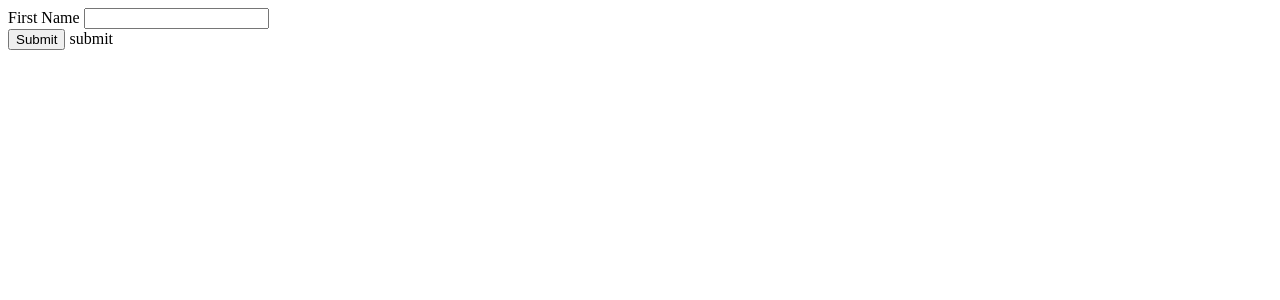
Repository: adiganaveen/Servlets
Page: LoginRegistrationApp/WebContent/index.html
These files come from the project's save history. The page is drawn as it stood at one moment and after the next save; the edit follows.
The browser window is 1280 px wide. The pictures show the whole page.

Above is the page before, as saved 2019-01-22 06:43:18.

After the next save:
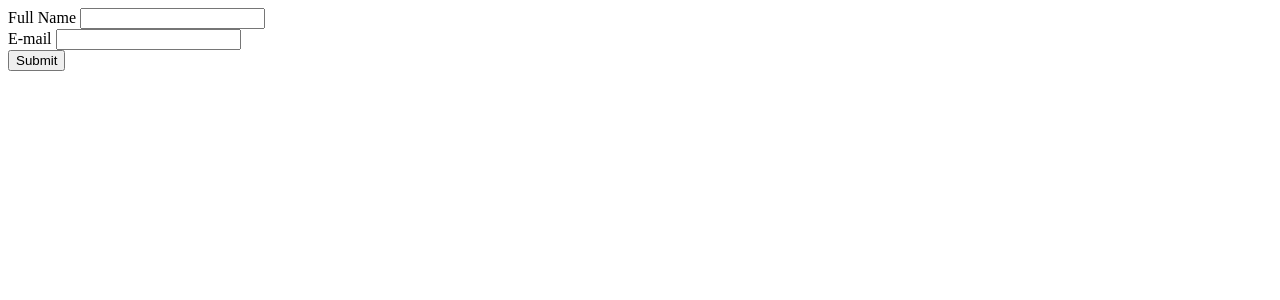
Saved 111 s later.
--- a/LoginRegistrationApp/WebContent/index.html
+++ b/LoginRegistrationApp/WebContent/index.html
@@ -7,9 +7,12 @@
 <body>
 <form action="login" method="post">
 <div>
-<label>First Name</label>
-<input type="text" name="name"></div>
-<input type="submit" > submit</input>
+<label>Full Name</label>
+<input type="text" name="fname"></div>
+<div>
+<label>E-mail</label>
+<input type="text" name="lname"></div>
+<input type="submit" >
 </form>
 </body>
 </html>
